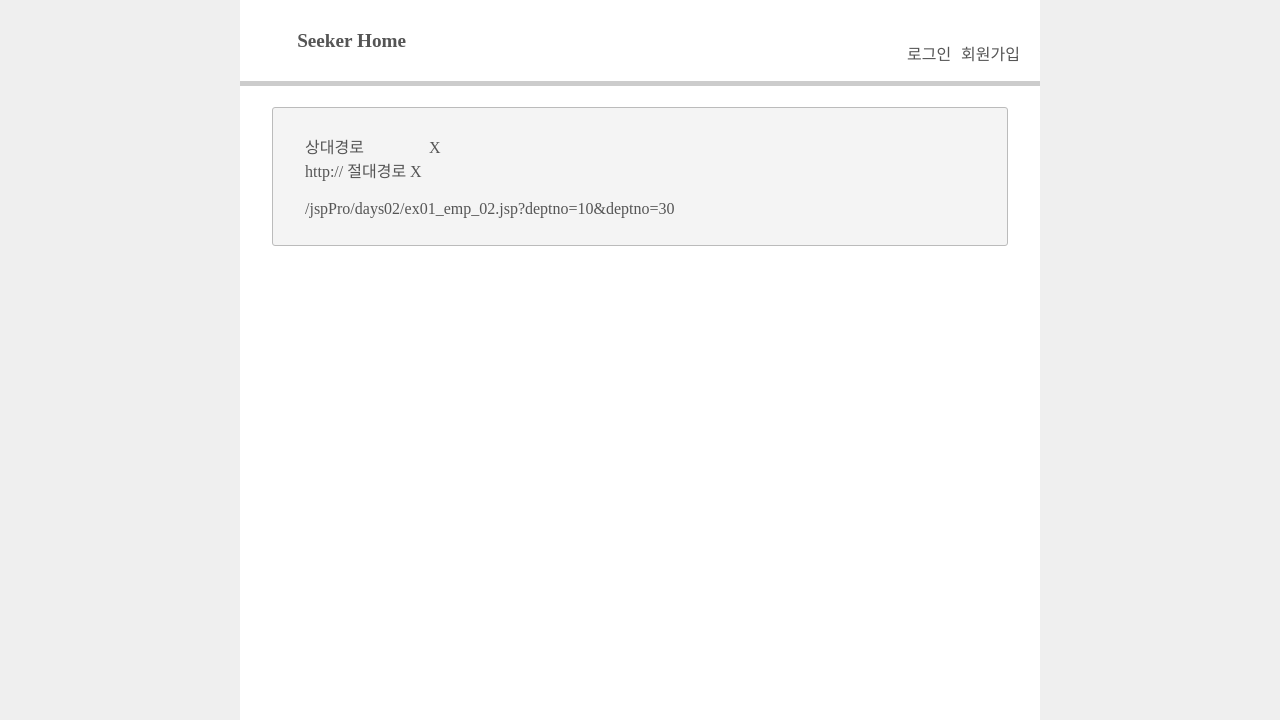
Repository: Seeker2250/JspTest
Page: http://localhost/jspPro/days02/ex02.jsp
The author's editor kept a copy of each file at every save. The page is drawn from the files as they stood at one save, then again after the next save.
The browser window is 1280 px wide. The pictures show the whole page.
Some web fonts or font styles are not loaded; a fallback is used. The page is served by Tomcat 9.

Above is the page before, as saved 2024-10-16 05:45:37.

After the next save:
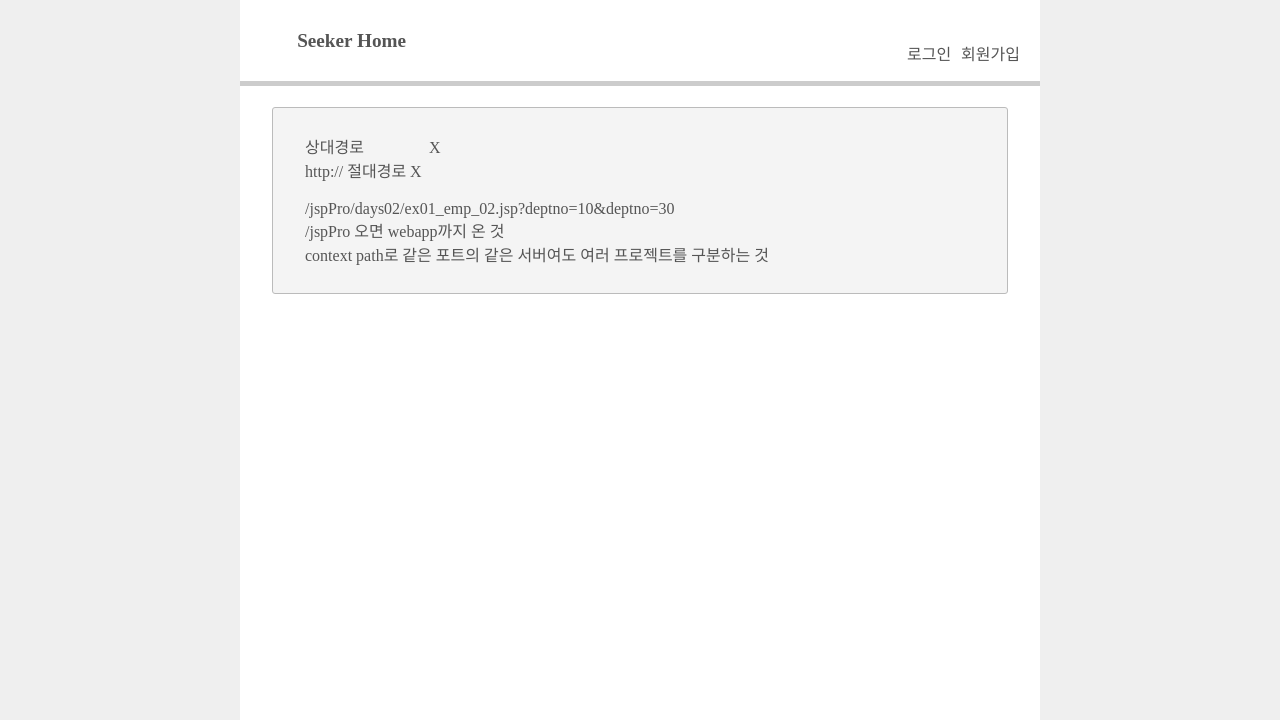
Saved 2 min 59 s later.
--- a/jspPro/src/main/webapp/days02/ex02.jsp
+++ b/jspPro/src/main/webapp/days02/ex02.jsp
@@ -30,6 +30,8 @@
     http:// 절대경로 X
 
     /jspPro/days02/ex01_emp_02.jsp?deptno=10&deptno=30
+    /jspPro 오면 webapp까지 온 것
+    context path로 같은 포트의 같은 서버여도 여러 프로젝트를 구분하는 것
   </xmp>
 
 </div>
